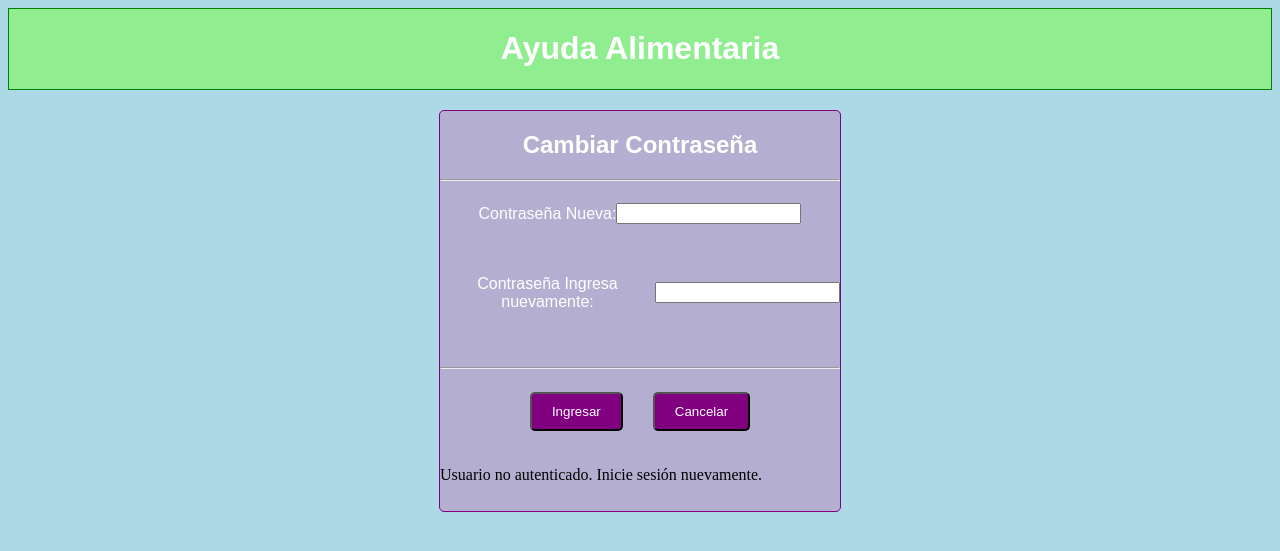
Repository: sonicspeed1/examen1_codigo_bryansantillan
Page: http://localhost/examen_1_bryan_santillan/cambiar_contraseña.jsp
The author's editor kept a copy of each file at every save. The page is drawn from the files as they stood at one save, then again after the next save.
The browser window is 1280 px wide. The pictures show the whole page.
The page is served by Tomcat 9.

Above is the page before, as saved 2024-05-27 02:28:18.

After the next save:
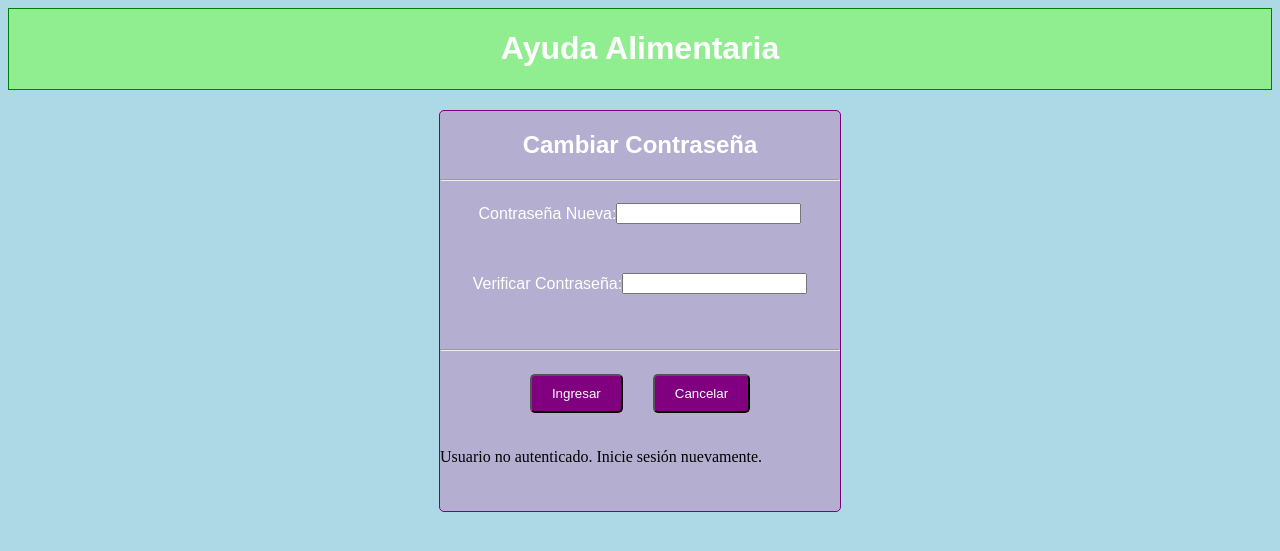
Saved 69 s later.
--- a/examen_1_bryan_santillan/src/main/webapp/cambiar_contraseña.jsp
+++ b/examen_1_bryan_santillan/src/main/webapp/cambiar_contraseña.jsp
@@ -42,7 +42,7 @@
  <h2 class="titulo2">Cambiar Contraseña</h2><hr>
  <form action="cambiar_contraseña.jsp" method="post">
  <label class="item_login"><p class="titulo2">Contraseña Nueva:</p> <input type="password" name="cont1"></label>
-  <label class="item_login"><p class="titulo2">Contraseña Ingresa nuevamente:</p> <input type="password" name="cont2"></label>
+  <label class="item_login"><p class="titulo2">Verificar Contraseña:</p> <input type="password" name="cont2"></label>
  <div class="item_login">
  </div><hr>
  <div class="item_login">
